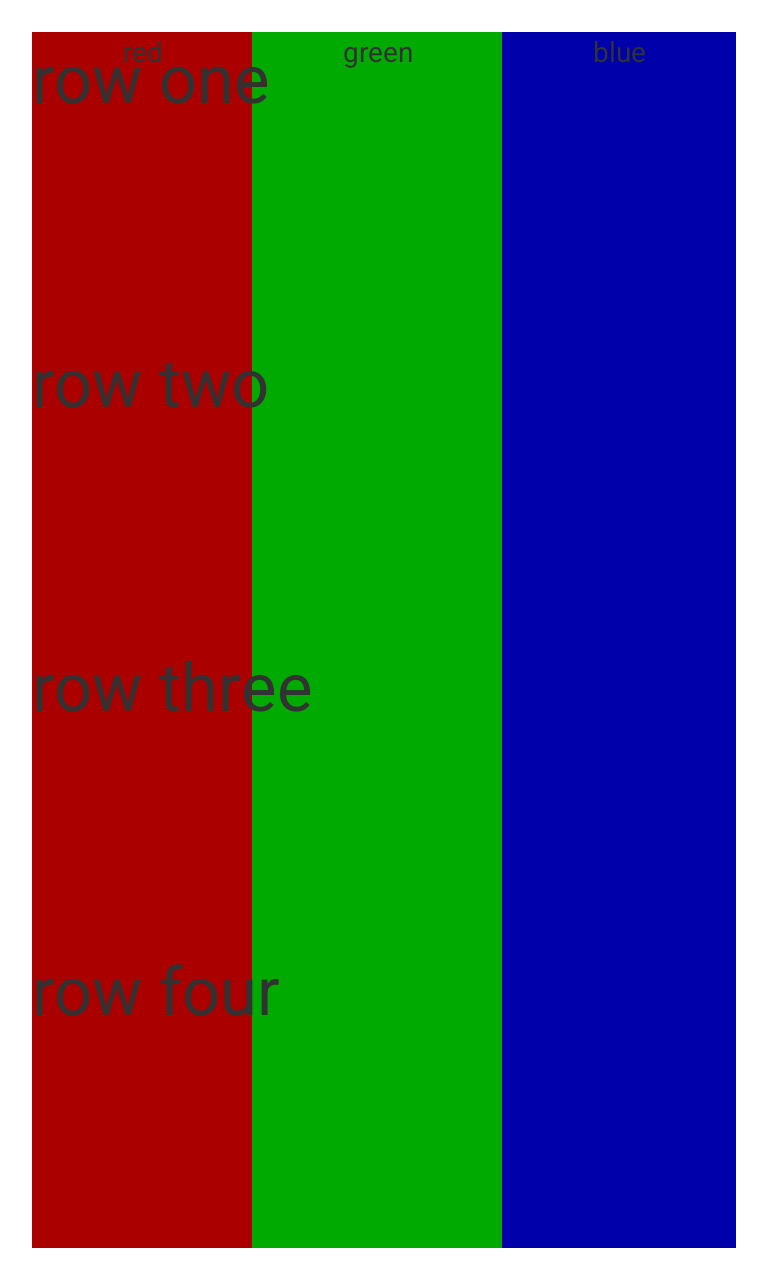
Repository: PatKelsh/IS-413
Layout: LinearLayout/res/layout/activity_main.xml
An editor plug-in stored every save of this project. The layout is shown before and after the next save, followed by the edit.
It is drawn on a 768 x 1280 px phone screen (xhdpi) without system bars, with theme AppTheme; the app's code is not run.

Above is the layout before, as saved 2015-02-04 03:46:31.

After the next save:
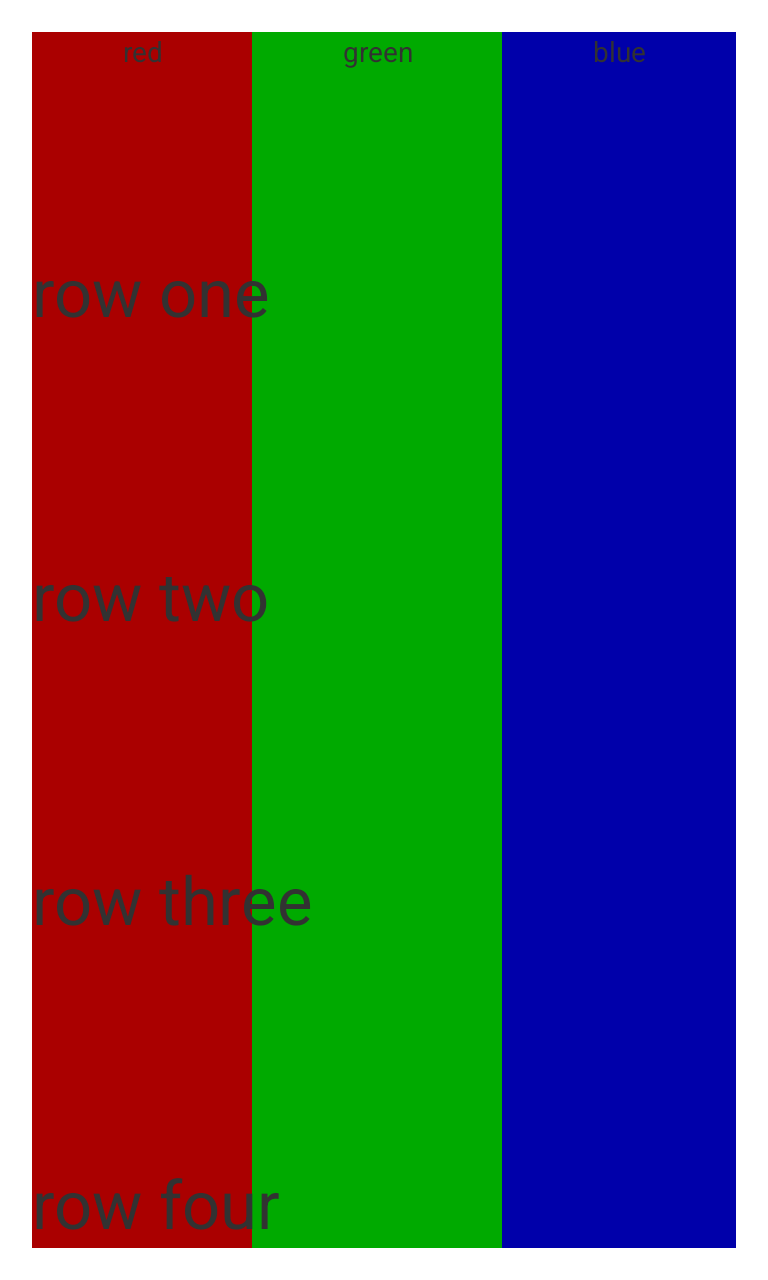
Saved 2 min 26 s later.
--- a/LinearLayout/res/layout/activity_main.xml
+++ b/LinearLayout/res/layout/activity_main.xml
@@ -49,25 +49,29 @@
             android:textSize="15pt"
             android:layout_width="fill_parent"
             android:layout_height="wrap_content"
-            android:layout_weight="1"/>
+            android:layout_weight="1"
+            android:gravity="bottom"/>
         <TextView
             android:text="row two"
             android:textSize="15pt"
             android:layout_width="fill_parent"
             android:layout_height="wrap_content"
-            android:layout_weight="1"/>
+            android:layout_weight="1"
+            android:gravity="bottom"/>
         <TextView
             android:text="row three"
             android:textSize="15pt"
             android:layout_width="fill_parent"
             android:layout_height="wrap_content"
-            android:layout_weight="1"/>
+            android:layout_weight="1"
+            android:gravity="bottom"/>
         <TextView
             android:text="row four"
             android:textSize="15pt"
             android:layout_width="fill_parent"
             android:layout_height="wrap_content"
-            android:layout_weight="1"/>
+            android:layout_weight="1"
+            android:gravity="bottom"/>
 
     </LinearLayout>
 

After the save that followed:
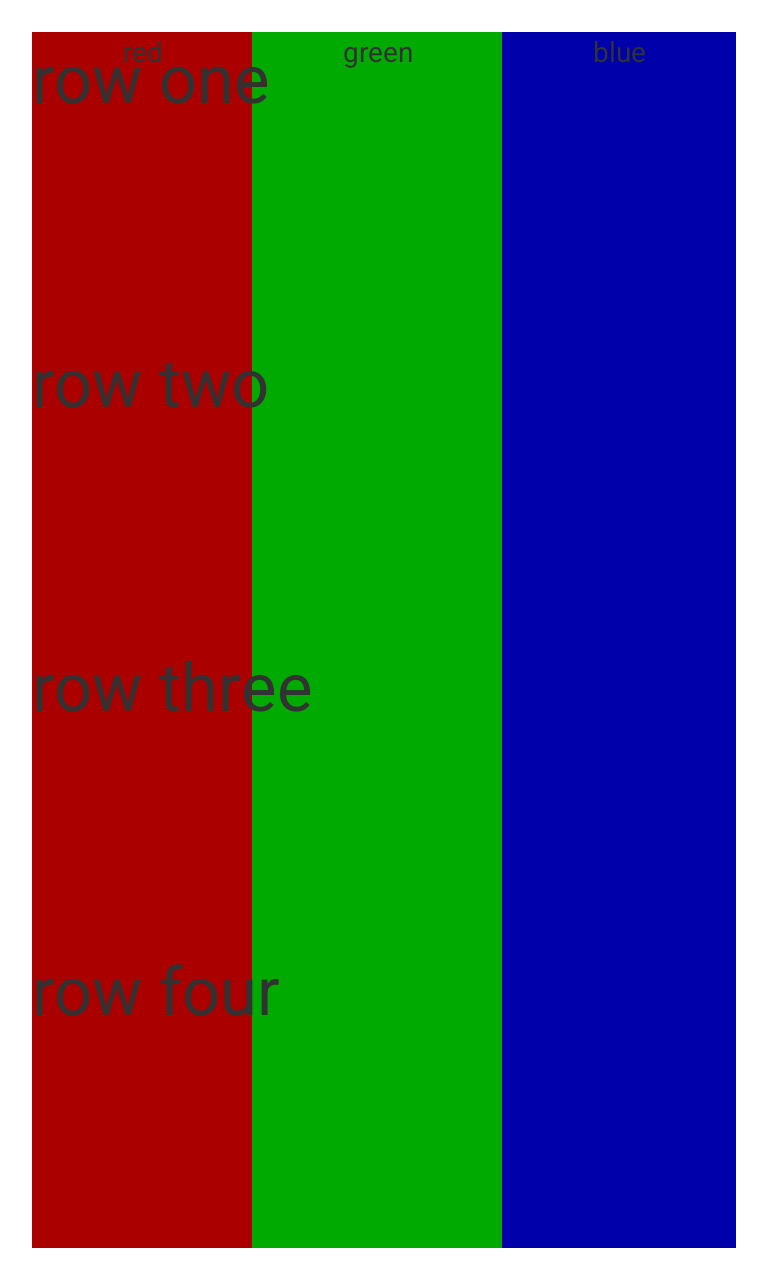
Saved 53 s later.
--- a/LinearLayout/res/layout/activity_main.xml
+++ b/LinearLayout/res/layout/activity_main.xml
@@ -50,28 +50,26 @@
             android:layout_width="fill_parent"
             android:layout_height="wrap_content"
             android:layout_weight="1"
-            android:gravity="bottom"/>
+            />
         <TextView
             android:text="row two"
             android:textSize="15pt"
             android:layout_width="fill_parent"
             android:layout_height="wrap_content"
             android:layout_weight="1"
-            android:gravity="bottom"/>
+            />
         <TextView
             android:text="row three"
             android:textSize="15pt"
             android:layout_width="fill_parent"
             android:layout_height="wrap_content"
-            android:layout_weight="1"
-            android:gravity="bottom"/>
+            android:layout_weight="1"/>
         <TextView
             android:text="row four"
             android:textSize="15pt"
             android:layout_width="fill_parent"
             android:layout_height="wrap_content"
-            android:layout_weight="1"
-            android:gravity="bottom"/>
+            android:layout_weight="1"/>
 
     </LinearLayout>
 
